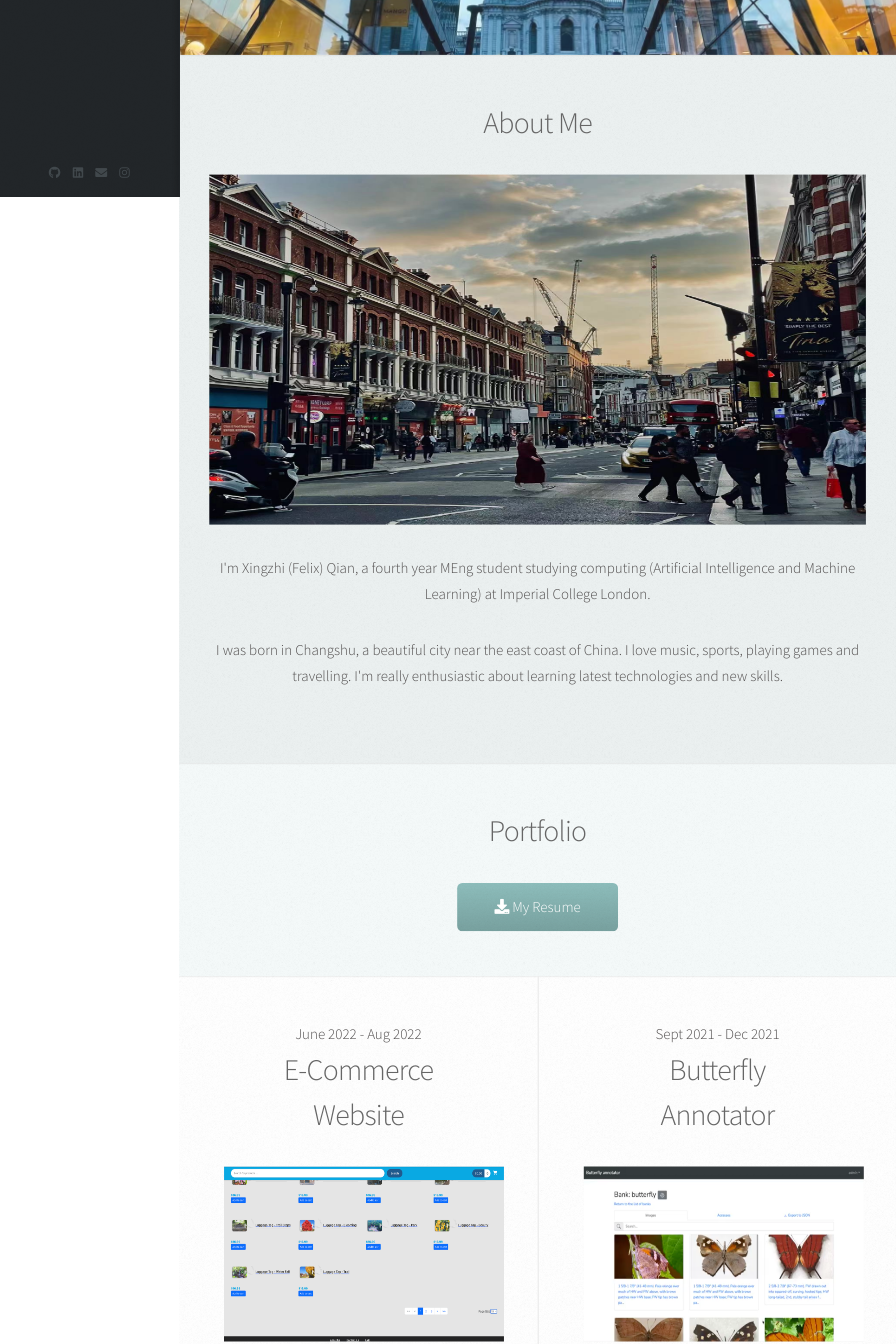
Repository: Felixqxz/Felixqxz.github.io
Page: index.html
These files come from the project's save history. The page is drawn as it stood at one moment and after the next save; the edit follows.
The browser window is 1280 px wide. The pictures show the part of the page from y = 438 to 2358 px (the page is 5666 px tall before and 5766 px after), at 70% of full size.

Above is the page before, as saved 2022-08-02 15:15:05.

After the next save:
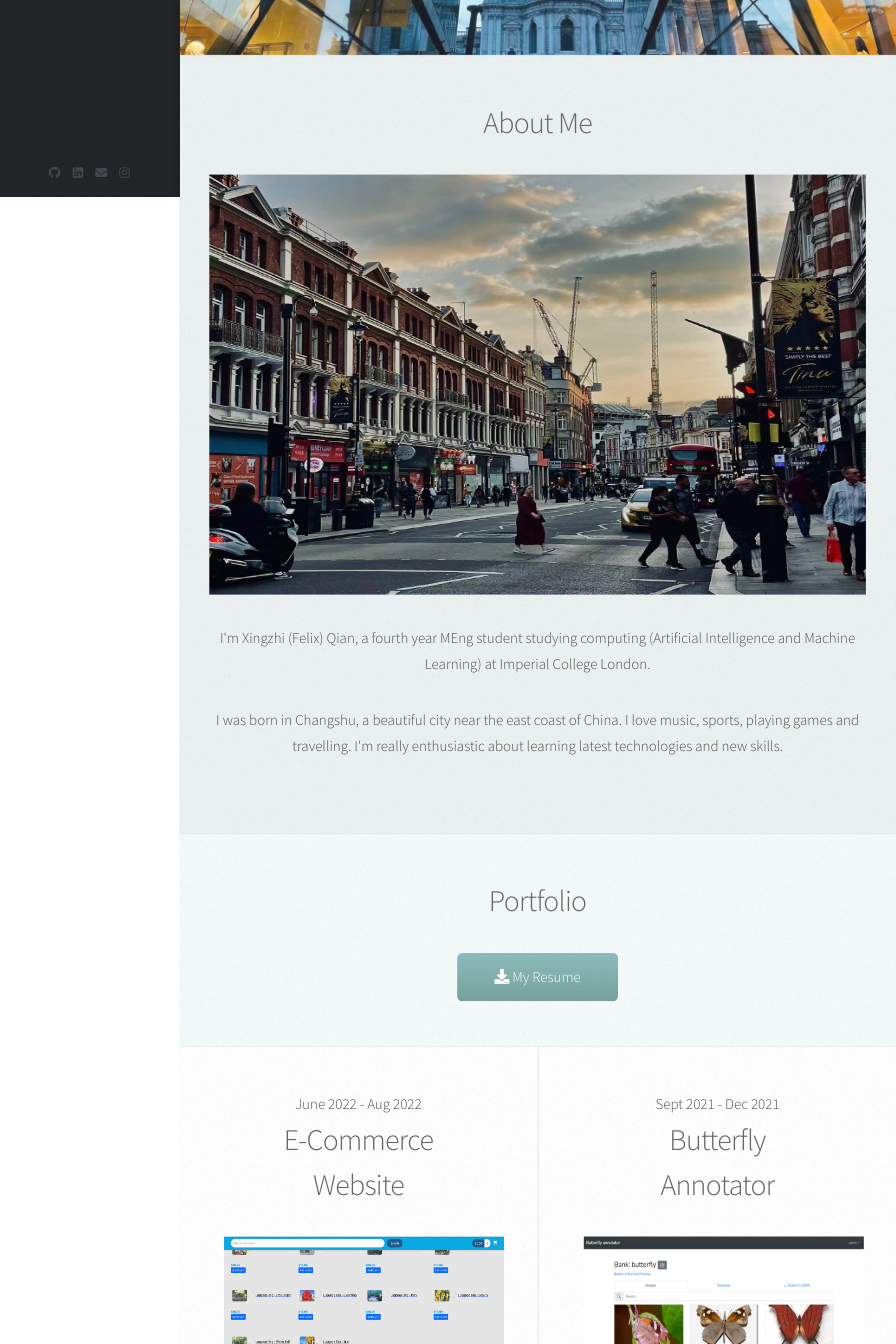
Saved 6 s later.
--- a/index.html
+++ b/index.html
@@ -80,7 +80,7 @@
 								<h2>About Me</h2>
 							</header>
 
-							<a href="#" class="image featured"><img src="images/about.jpeg" height="500" alt="" /></a>
+							<a href="#" class="image featured"><img src="images/about.jpeg" height="600" alt="" /></a>
 
 							<p>I'm Xingzhi (Felix) Qian, a fourth year MEng student studying computing (Artificial Intelligence and Machine Learning) at Imperial College London. </p>
 							<p>I was born in Changshu, a beautiful city near the east coast of China. I love music, sports, playing games and travelling.
